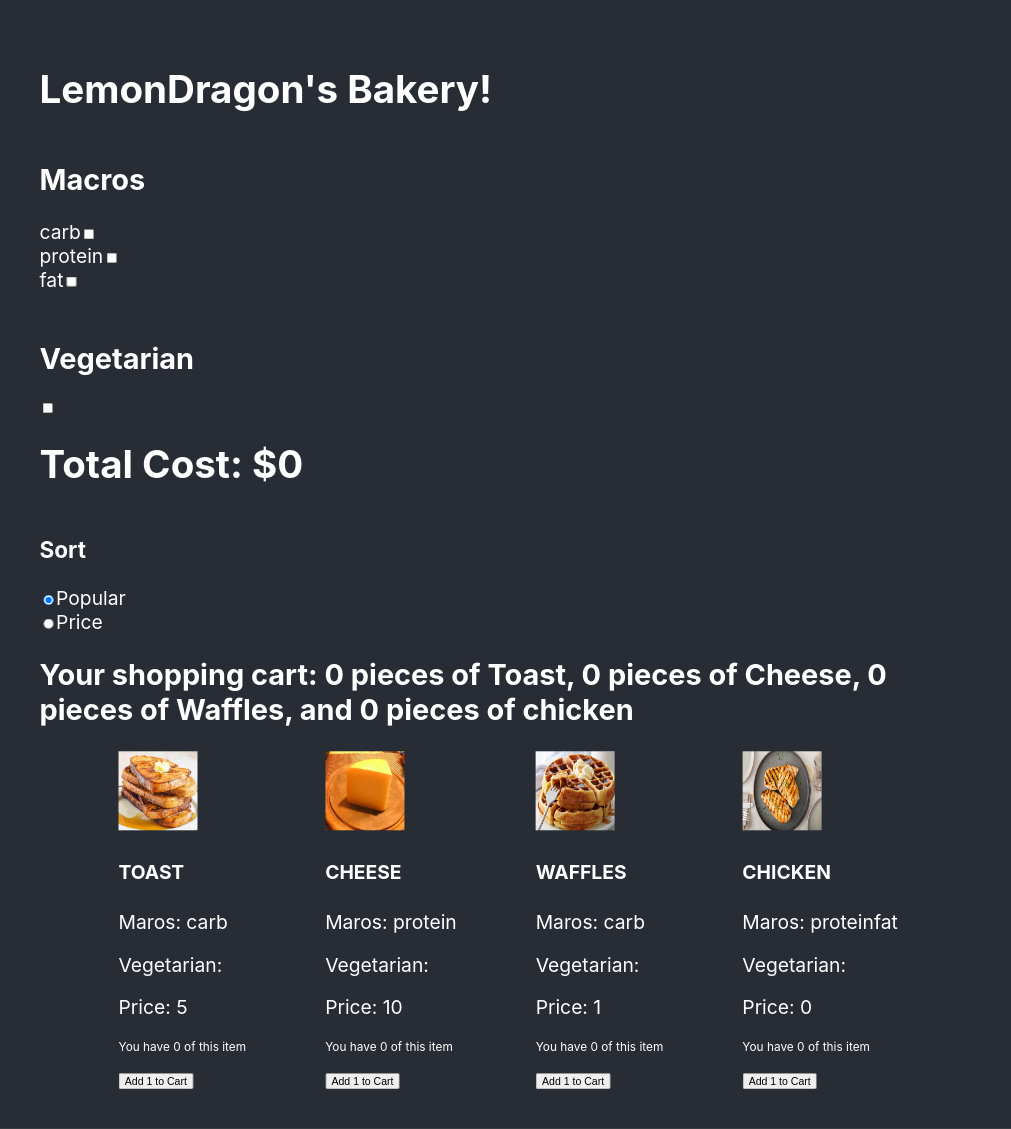
Repository: happydragon200/development
Page: /
The author's editor kept a copy of each file at every save. The page is drawn from the files as they stood at one save, then again after the next save.
The browser window is 1280 px wide. The pictures show the whole page, at 79% of full size.
The project was rebuilt for these pictures with package versions that can differ from the ones it lists, and the page was loaded fresh each time.

Above is the page before, as saved 2022-12-02 06:17:19.

### src/App.js
import React, { useState } from 'react'
import baguette from './images/baguette.jpg'
import toast from './images/toast.png'
import cheese from './images/cheese.jpg'
import waffle from './images/waffle.jpg'
import chicken from './images/chicken.jpg'
import Container from 'react-bootstrap/Container'
import Nav from 'react-bootstrap/Nav'
import Navbar from 'react-bootstrap/Navbar'
import NavDropdown from 'react-bootstrap/NavDropdown'
import './App.css'

function App() {
  return (
    <div>
      <div className="App">
        <header className="App-header">
          <h1>LemonDragon's Bakery!</h1>
          <Menu />
        </header>
      </div>
    </div>
  )
}

function FilterBar(props) {
  const { selected, changeSelected } = props

  const carbsButton = FilterButton(selected, changeSelected, 'carb')
  const proteinButton = FilterButton(selected, changeSelected, 'protein')
  const fatButton = FilterButton(selected, changeSelected, 'fat')

  const pieButton = FilterButton(selected, changeSelected, 'pie')
  const cakeButton = FilterButton(selected, changeSelected, 'cake')
  const otherButton = FilterButton(selected, changeSelected, 'other')

  const buttons = [carbsButton, proteinButton, fatButton]

  return (
    <div>
      {buttons}
      <h1>{selected}</h1>
    </div>
  )
}

function VegButton(props) {

  const { veg, changeVeg } = props

  const clickChange = () => {
    changeVeg(!veg)
  }

  return (
    <input
      type="checkbox"
      id="vegetarian"
      name="Vegetarian"
      // value="Paneer"
      checked={veg}
      onChange={clickChange}
    />
  )
}

function FilterButton(selected, changeSelected, tag) {
  // const { selected, changeSelected, tag } = props

  const clickChange = () => {
    if (selected.includes(tag)) {
      // const new_selected = selected.remove(tag)

      var new_selected = selected.filter(function (value, index, arr) {
        return value !== tag
      })
      changeSelected(new_selected)
    } else {
      const new_selected = [...selected]
      new_selected.push(tag)
      changeSelected(new_selected)
    }
  }

  return (
    <div>
      {tag}
      <input
        type="checkbox"
        id="topping"
        name="topping"
        value="Paneer"
        // checked={man}
        onChange={clickChange}
      />
    </div>
  )
}

function Menu() {
  const [selected, changeSelected] = useState([])

  const [chosen, changeChosen] = useState('Popular')
  const [veg, changeVeg] = useState(false)

  const [toast_count, toast_setcount] = useState(0)
  const [cheese_count, cheese_setcount] = useState(0)
  const [waffle_count, waffle_setcount] = useState(0)
  const [chicken_count, chicken_setcount] = useState(0)

  const toast_price = 5
  const cheese_price = 10
  const waffle_price = 1
  const chicken_price = 0

  const toast_comp = [
    ['carb'],
    toast_price,
    BakeryItem(
      'toast',
      ['carb'],
      true,
      toast_price,
      toast,
      toast_count,
      toast_setcount,
    ),
  ]
  const cheese_comp = [
    ['protein'],
    cheese_price,
    BakeryItem(
      'cheese',
      ['protein'],
      true,
      cheese_price,
      cheese,
      cheese_count,
      cheese_setcount,
    ),
  ]
  const waffle_comp = [
    ['carb'],
    waffle_price,
    BakeryItem(
      'waffles',
      ['carb'],
      true,
      waffle_price,
      waffle,
      waffle_count,
      waffle_setcount,
    ),
  ]

  const chicken_comp = [
    ['protein', 'fat'],
    chicken_price,
    BakeryItem(
      'chicken',
      ['protein', 'fat'],
      false,
      chicken_price,
      chicken,
      chicken_count,
      chicken_setcount,
    ),
  ]

  var final_list = [toast_comp, cheese_comp, waffle_comp, chicken_comp]

  if (selected.length > 0) {
    final_list = final_list.filter(function (food) {
      for (let i = 0; i < selected.length; i++) {
        const option = selected[i]

        if (!food[0].includes(option)) {
          return false
        }
      }
      return true
    })
  }

  if (chosen === 'Price') {
    console.log('DSKFJSKLJFLSLDFj')
    final_list.sort(function (a, b) {
      return a[1] - b[1]
    })
  }

  final_list = final_list.map((item) => item.slice(-1))

  console.log('sorted')

  console.log(final_list)
  console.log('hm')

  return (
    <>
      <h2>Macros</h2>
      <FilterBar selected={selected} changeSelected={changeSelected} />
      <div></div>
      <div></div>
      <h2>Vegetarian</h2>
      <VegButton veg={veg} changeVeg={changeVeg} />
      <h1>
        Total Cost: $
        {toast_count * toast_price +
          cheese_count * cheese_price +
          waffle_count * waffle_price +
          chicken_count * chicken_price}
      </h1>
      <SortPriceButton chosen={chosen} changeChosen={changeChosen} />
      <h2>
        Your shopping cart: {toast_count} pieces of Toast, {cheese_count} pieces
        of Cheese, {waffle_count} pieces of Waffles, and {chicken_count} pieces
        of chicken
      </h2>

      <div className="flex-parent">{final_list}</div>
    </>
  )
}

function SortPriceButton(props) {
  const { chosen, changeChosen } = props

  const handlePrice = () => {
    changeChosen('Price')
  }

  const handlePopular = () => {
    changeChosen('Popular')
  }

  return (
    <div>
      <h3>Sort</h3>
      <div className="radio">
        <label>
          <input
            type="radio"
            // label="Popular"
            checked={chosen === 'Popular'}
            onChange={handlePopular}
          />
          Popular
        </label>
      </div>
      <div className="radio">
        <label>
          <input
            type="radio"
            // label="Price"
            checked={chosen === 'Price'}
            onChange={handlePrice}
          />
          Price
        </label>
      </div>
    </div>
  )
}

function BakeryItem(label, macros, veg, price, img, count, setCount) {
  // const { img, count, setCount } = prop

  return (
    <div className="pad">
      <img src={img} className="Item-small" />
      <h4>{label.toUpperCase()}</h4>
      <p>Maros: {macros}</p>
      <p>Vegetarian: {veg}</p>
      <p>Price: {price}</p>
      <p className="smull">You have {count} of this item</p>
      <button onClick={() => setCount(count + 1)}>Add 1 to Cart</button>

      {count > 0 && (
        <button onClick={() => setCount(count - 1)}>Remove 1 from Cart</button>
      )}
    </div>
  )
}

export default App

// const [type, setType] = useState('ALL')

// var foods = [
//   {
//     name: 'toast',
//     type: 'bread',
//     price: 5,
//     img: { toast },
//     count: { toast_count },
//   },
//   {
//     name: 'cheese',
//     type: 'protein',
//     price: 10,
//     img: { cheese },
//     count: { cheese_count },
//   },
//   {
//     name: 'waffle',
//     type: 'bread',
//     price: 100,
//     img: { waffle },
//     count: { waffle_count },
//   },
// ]

// foods.filter(function (value, index, arr) {
//   return value
// })

### src/App.css
.App {
  /* text-align: center; */
}

.App-logo {
  height: 40vmin;
  pointer-events: none;
}

@media (prefers-reduced-motion: no-preference) {
  .App-logo {
    animation: App-logo-spin infinite 20s linear;
  }
}

.App-header {
  background-color: #282c34;
  min-height: 100vh;
  display: flex;
  flex-direction: column;
  align-items: flex-start;
  justify-content: flex-start;
  font-size: calc(10px + 2vmin);
  padding: 50px 50px 50px 50px;
  color: white;
}

.App-link {
  color: #61dafb;
}

.Item-small {
  height: 100px;
  width: 100px;
}

.inline {
  justify-content: space-around;
}

.pad {
  padding: 0px 0px 0px 100px;
}

.flex-parent {
  display: flex;
  justify-content: space-around;

}

.smull {
  font-size: 15px;
}

@keyframes App-logo-spin {
  from {
    transform: rotate(0deg);
  }
  to {
    transform: rotate(360deg);
  }
}

Loaded but not shown: public/index.html (common file); src/index.js (common file); src/index.css (common file)

After the next save:
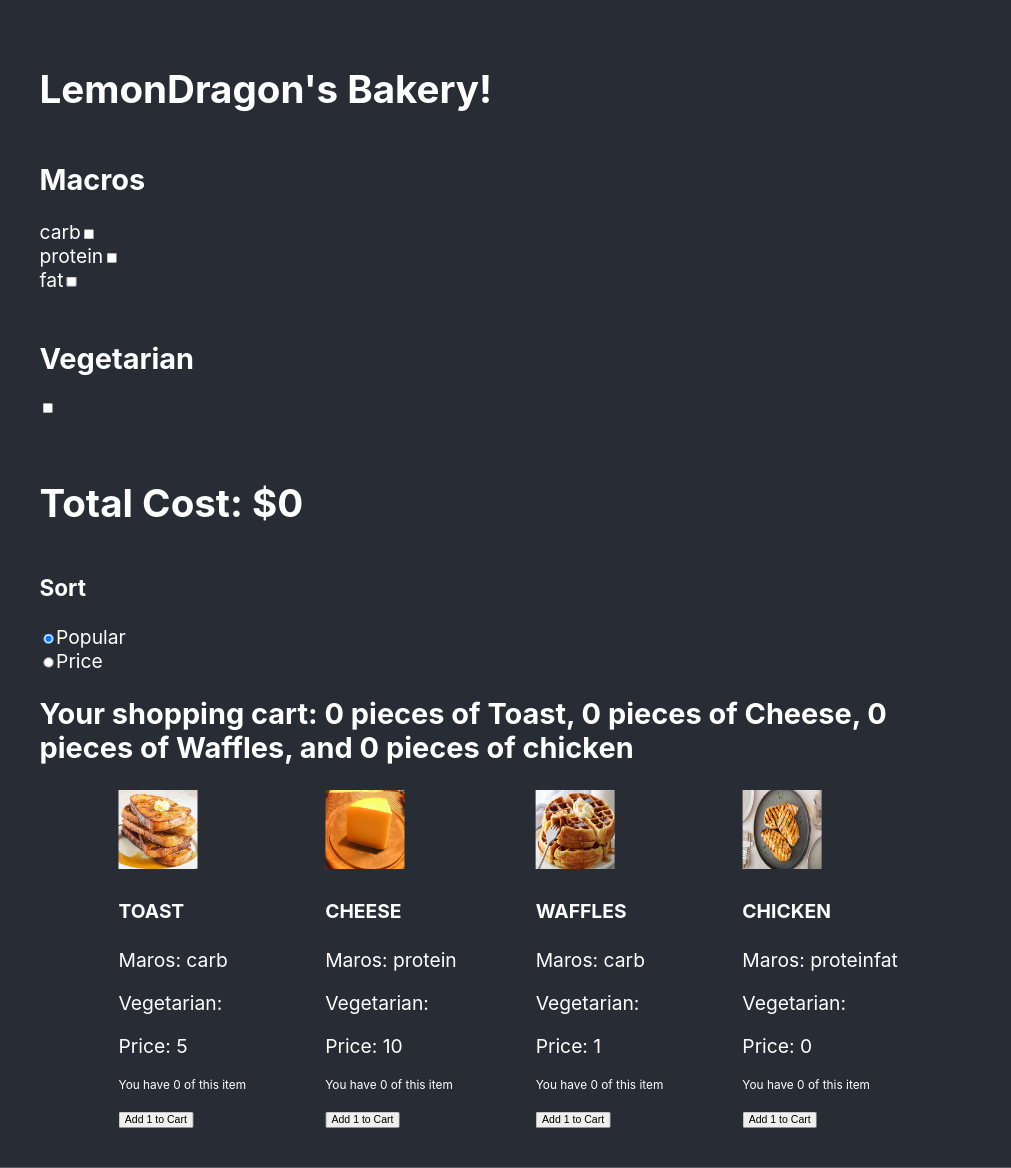
Saved 35 s later.
--- a/src/App.js
+++ b/src/App.js
@@ -204,6 +204,7 @@
       <div></div>
       <h2>Vegetarian</h2>
       <VegButton veg={veg} changeVeg={changeVeg} />
+<p>{veg}</p>
       <h1>
         Total Cost: $
         {toast_count * toast_price +

After the 4 saves that followed:
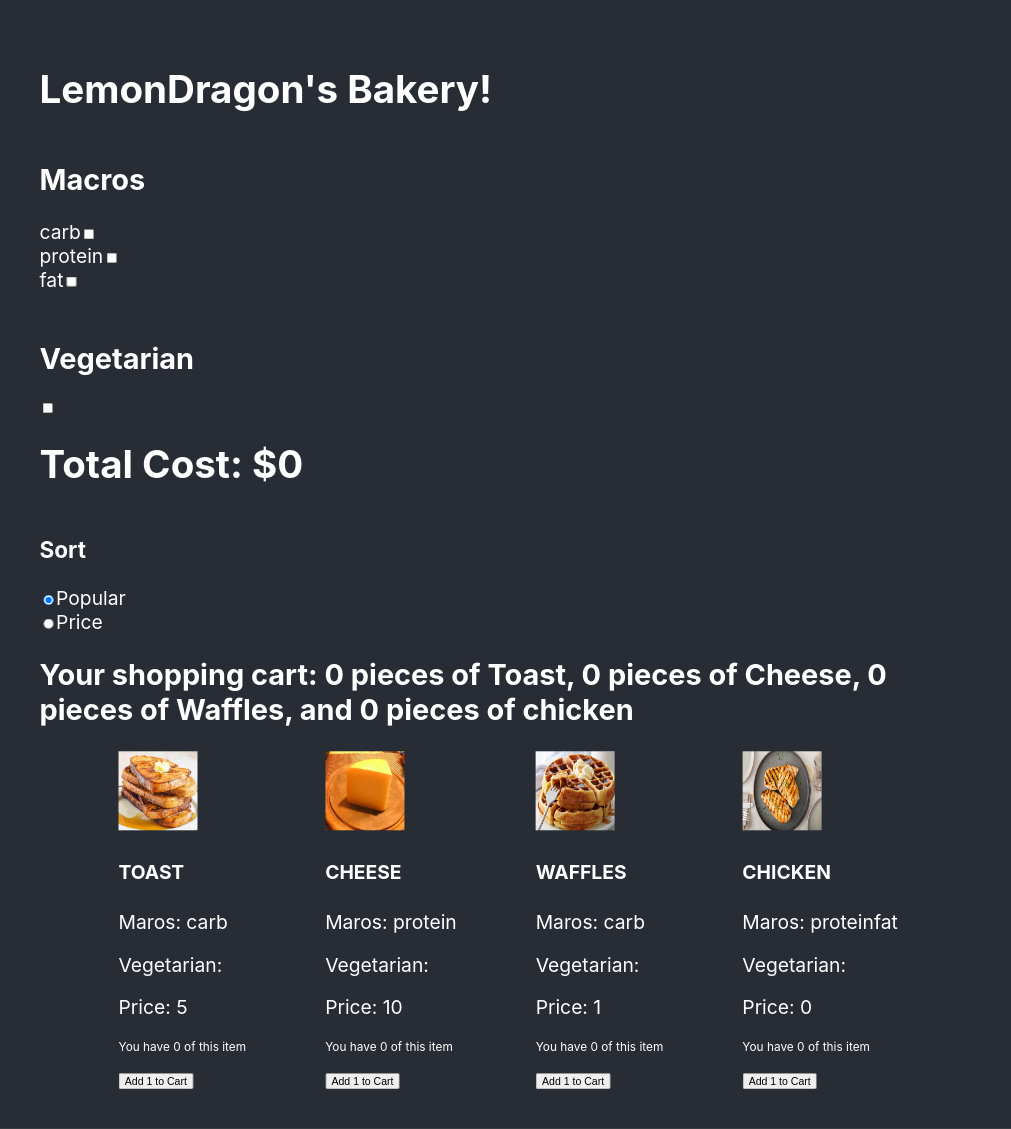
The 4 saves are shown as one change because 3 left the picture as it was.
The last was saved 73 s later.
--- a/src/App.js
+++ b/src/App.js
@@ -45,7 +45,6 @@
 }
 
 function VegButton(props) {
-
   const { veg, changeVeg } = props
 
   const clickChange = () => {
@@ -204,7 +203,6 @@
       <div></div>
       <h2>Vegetarian</h2>
       <VegButton veg={veg} changeVeg={changeVeg} />
-<p>{veg}</p>
       <h1>
         Total Cost: $
         {toast_count * toast_price +
